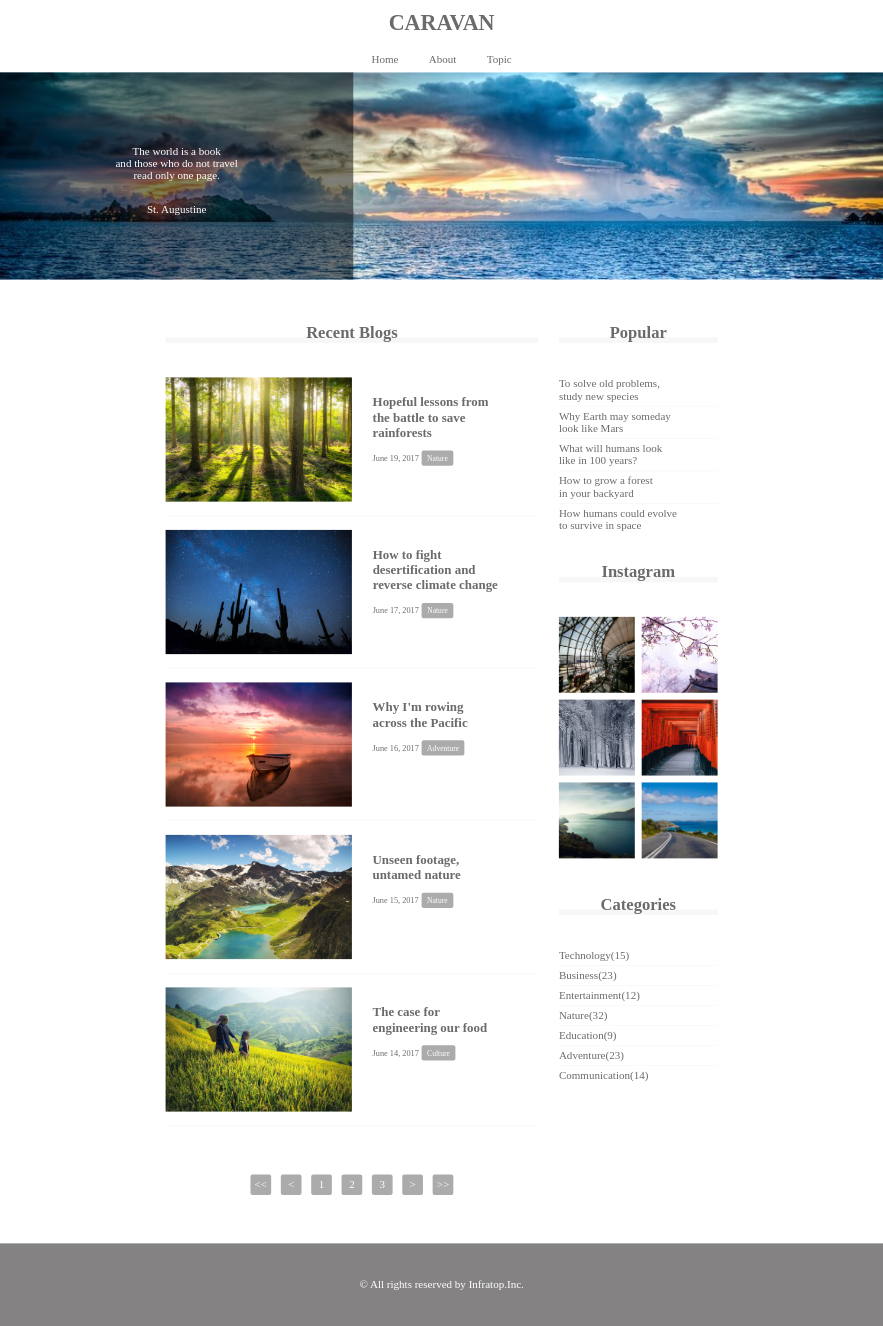
Repository: Tyubyasa/abc
Page: caravan/index.html
The author's editor kept a record of every edit. The page is drawn from the files as they stood at one moment, then again after the next edit.
The browser window is 1280 px wide. The pictures show the whole page, at 69% of full size.
Some web libraries are served in a nearby version.

Above is the page before.

After the next edit:
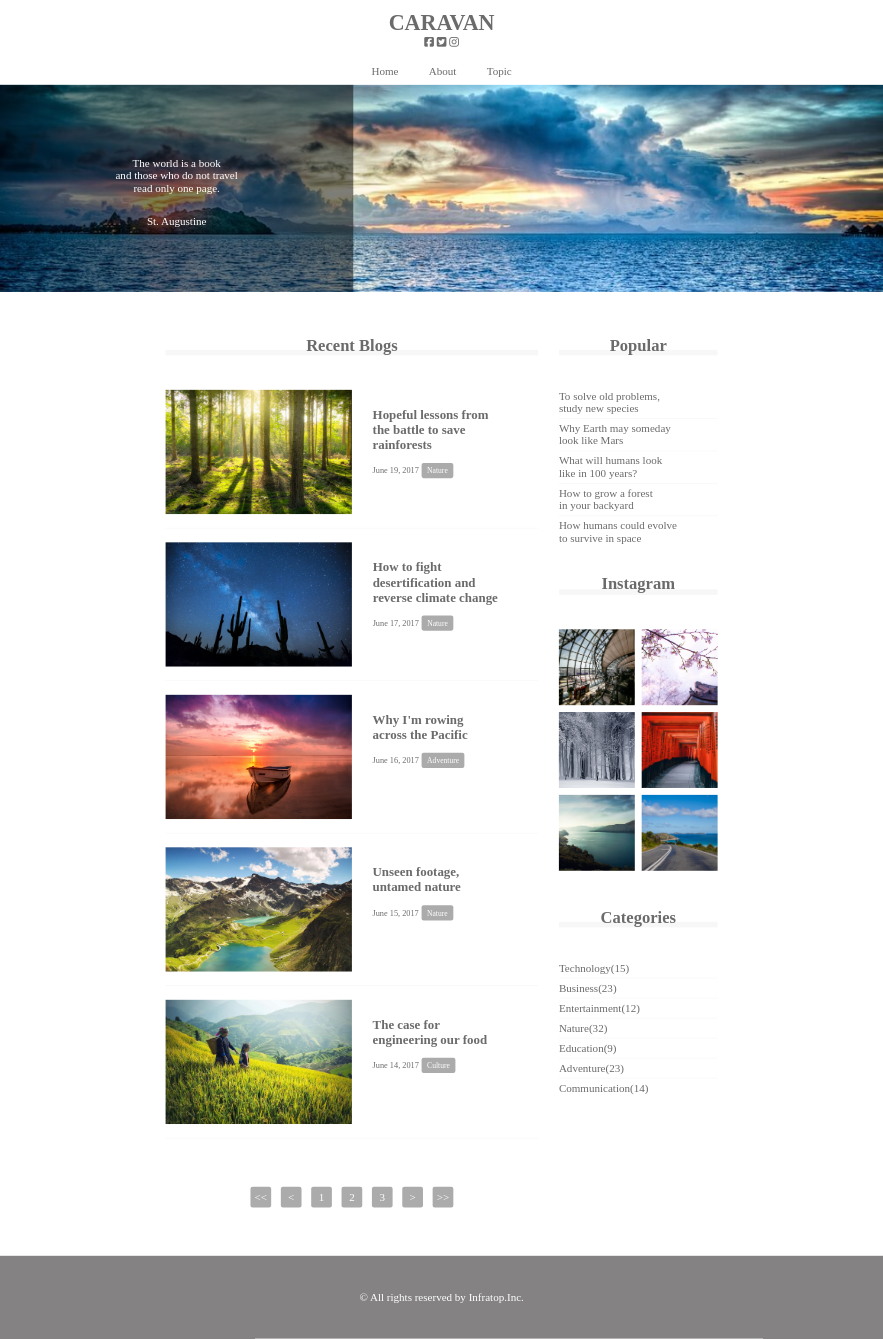
The edit:
--- a/caravan/index.html
+++ b/caravan/index.html
@@ -19,7 +19,12 @@
         </a>
       </h1>
 
-      <div class="social"></div>
+      <div class="social">
+
+         <i class="fab fa-facebook-square"></i>
+         <i class="fab fa-twitter-square"></i>
+         <i class="fab fa-instagram"></i>
+      </div>
     </header>
 
     <!-- navigation -->

After the 2 edits that followed:
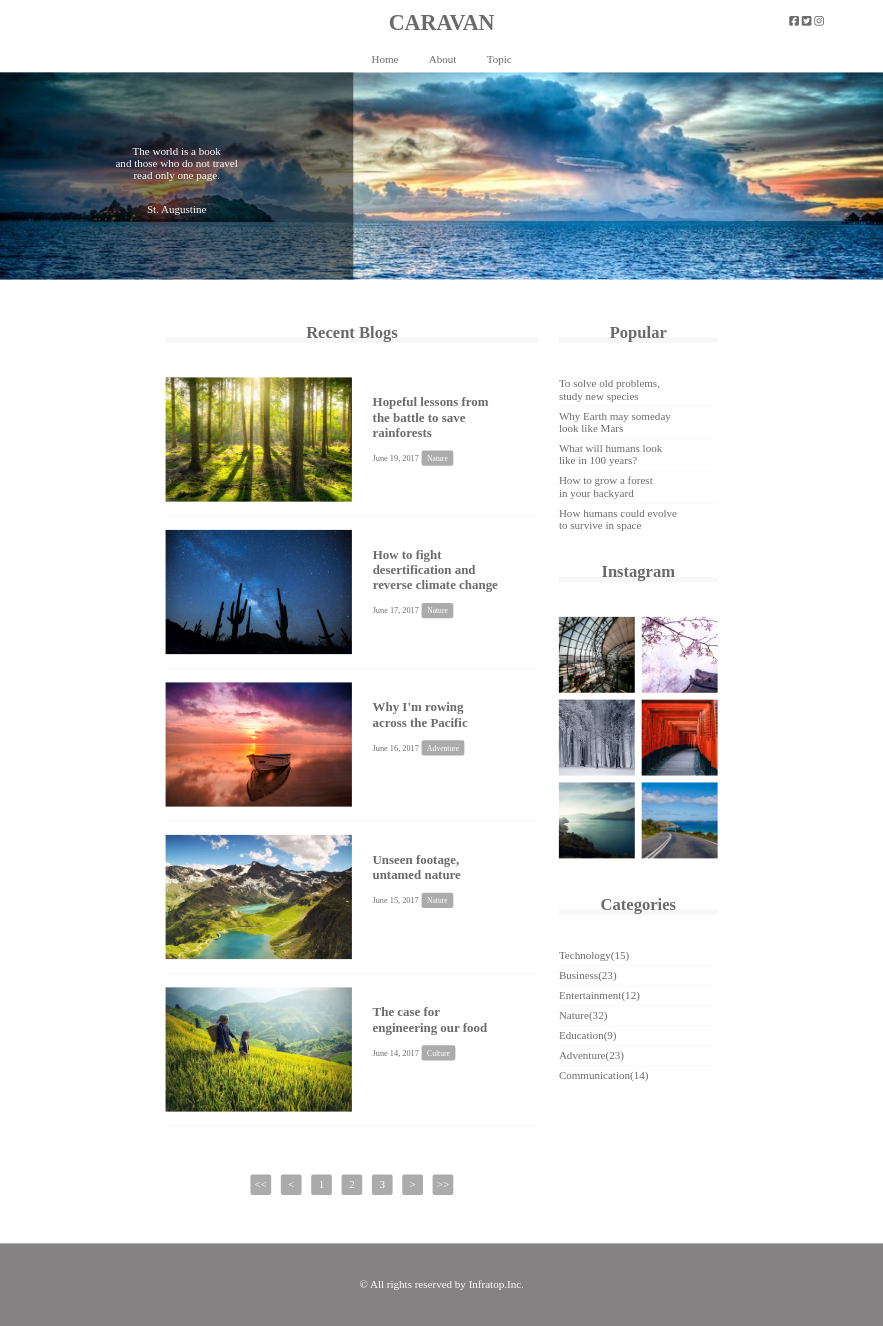
The 2 edits are shown as one change because 1 left the picture as it was.
The edit:
--- a/caravan/index.html
+++ b/caravan/index.html
@@ -2,8 +2,8 @@
 <html lang="ja">
   <head>
     <meta charset="UTF-8" />
+      <meta name="viewport" content="width=device-width,initial-scale=1.0">
      <!-- FontAwesomeの読み込み -->
-
     <script src="https://kit.fontawesome.com/6b34ffe20c.js" crossorigin="anonymous"></script>
     <!-- CSSファイルの読み込み -->
     <link rel="stylesheet" href="style.css" />
--- a/caravan/style.css
+++ b/caravan/style.css
@@ -15,6 +15,13 @@
   padding: 15px 0;
   margin: 0 auto;
   text-align: center;
+   position: relative;
+}
+
+.social {
+  position: absolute; /* headerの左上を基準に絶対位置で指定する */
+  top: 22px; /* headerの左上から22px下側へ移動する */
+  right: 22px; /* headerの右上から22px左側へ移動する */
 }
 
 header .heading {
